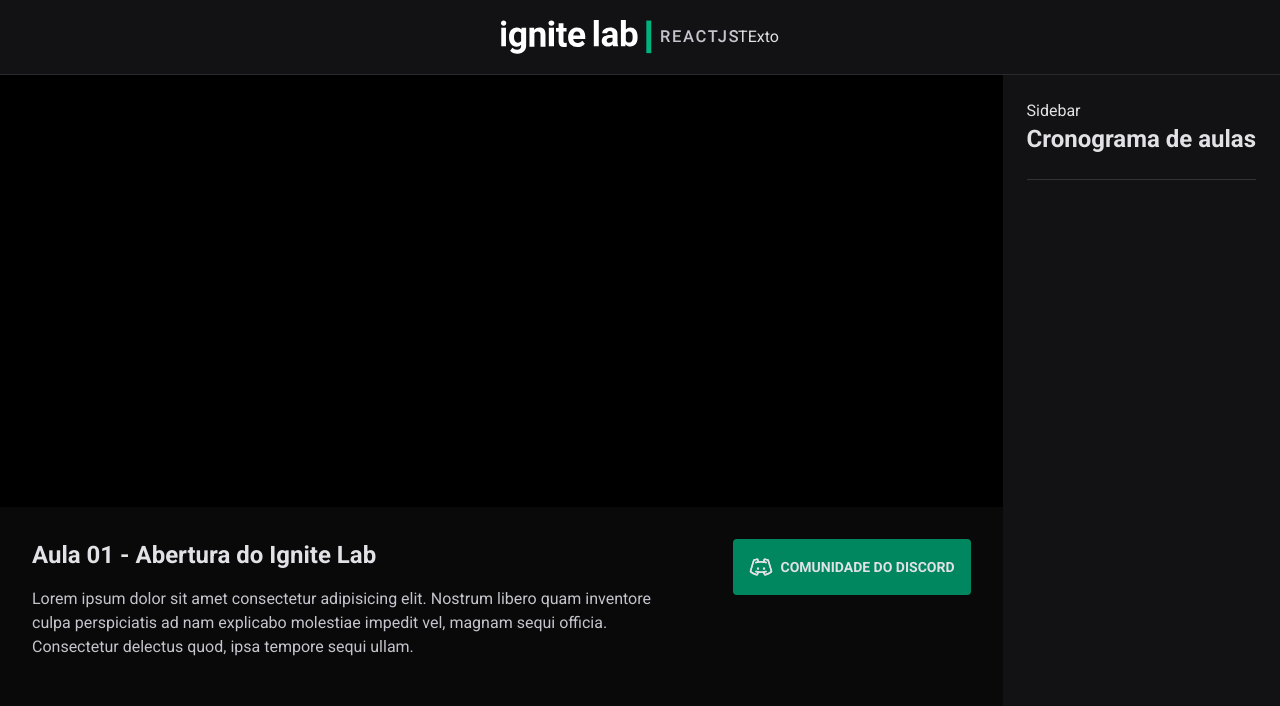
Repository: weltergab/Event_Plataform-IgniteLab
Page: /event
The author's editor kept a copy of each file at every save. The page is drawn from the files as they stood at one save, then again after the next save.
The browser window is 1280 px wide. The pictures show the whole page.
The page's requests for data from a server got no answer. The project was rebuilt for these pictures with package versions that can differ from the ones it lists, and the page was loaded fresh each time. No one was signed in, and anything a server would have sent is missing. Also part of the build but not shown: vite.config.ts, src/components/Lesson.tsx.

Above is the page before, as saved 2022-06-25 20:14:41.

After the next save:
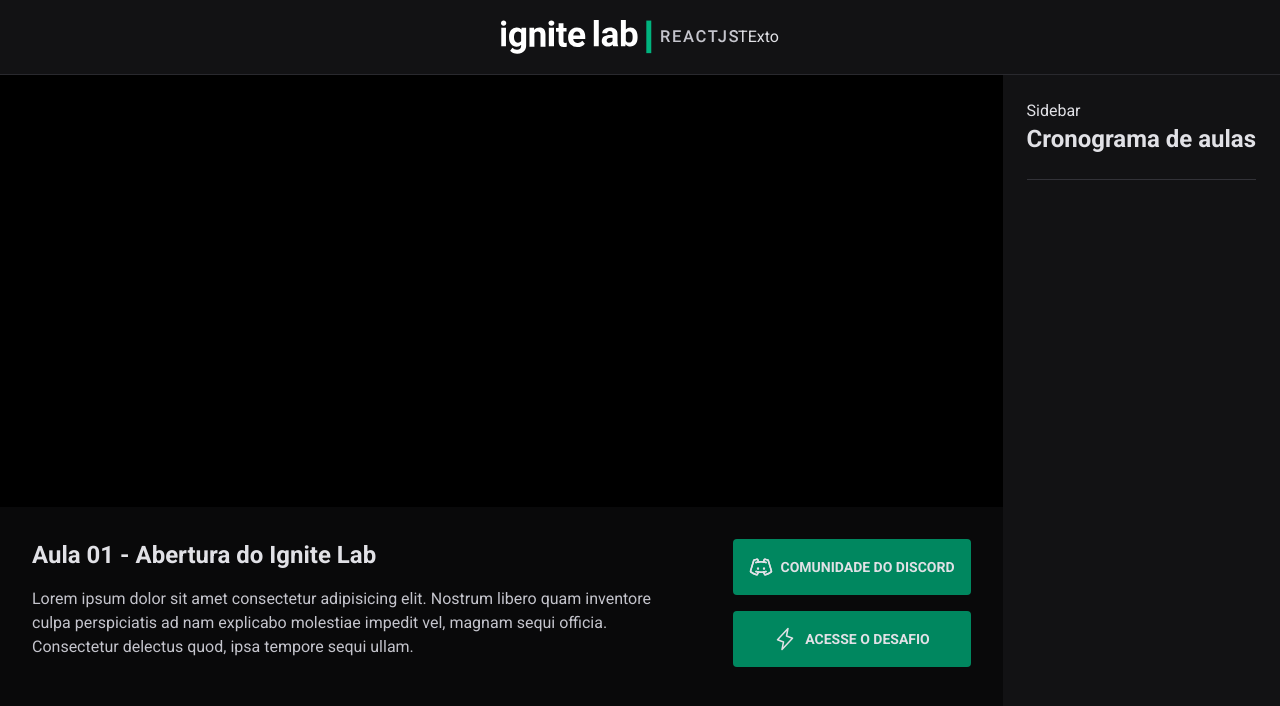
Saved 50 s later.
--- a/src/components/Video.tsx
+++ b/src/components/Video.tsx
@@ -1,4 +1,4 @@
-import { DiscordLogo } from "phosphor-react";
+import { DiscordLogo, Lightning } from "phosphor-react";
 
 export function Video() {
     return (
@@ -21,6 +21,10 @@
                             <DiscordLogo size={24}/>
                             Comunidade do discord
                         </a>
+                        <a href="" className="p-4 text-sm bg-green-500 flex items-center rounded font-bold uppercase gap-2 justify-center">
+                            <Lightning size={24}/>
+                            Acesse o desafio
+                        </a>
                     </div>
                 </div>
 
